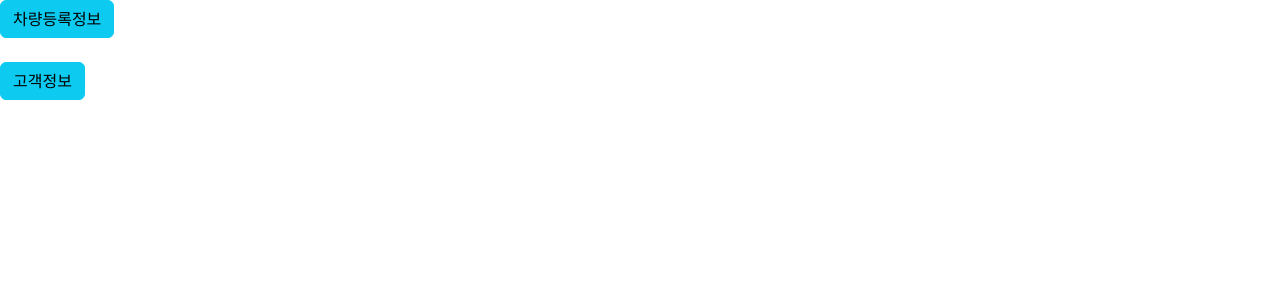
Repository: UZCHA/Sist0103Project
Page: http://localhost/SpringMysqlMybatis/
These files come from the project's save history. The page is drawn as it stood at one moment and after the next save; the edit follows.
The browser window is 1280 px wide. The pictures show the whole page.
Some web fonts or font styles are not loaded; a fallback is used. The page is served by Tomcat 9. Nobody is signed in. The application's start-up code is not run. Other server files are loaded and not shown.

Above is the page before, as saved 2024-05-08 06:37:08.

### sts3work/SpringMysqlMybatis/src/main/webapp/index.jsp
<%@ page language="java" contentType="text/html; charset=utf-8"
    pageEncoding="utf-8"%>
<%@ taglib prefix="c" uri="http://java.sun.com/jsp/jstl/core" %>
<%@ taglib prefix="fmt" uri="http://java.sun.com/jsp/jstl/fmt" %>
<!DOCTYPE html>
<html>
<head>
<meta charset="UTF-8">
<link href="https://cdn.jsdelivr.net/npm/bootstrap@5.3.2/dist/css/bootstrap.min.css" rel="stylesheet">
<link href="https://fonts.googleapis.com/css2?family=Dongle&family=Gaegu&family=Nanum+Pen+Script&family=Noto+Sans+KR:wght@100..900&family=Noto+Serif+KR&display=swap" rel="stylesheet">
<script src="https://code.jquery.com/jquery-3.7.0.js"></script>
<title>Insert title here</title>
</head>
<body>
<%--<c:redirect url="samsung/list"/> --%>
<button type="button" class="btn btn-info"
onclick="location.href='samsung/list'">차량등록정보</button>
<br><br>
<button type="button" class="btn btn-info"
onclick="location.href='carmember/list'">고객정보</button>
</body>
</html>

After the next save:
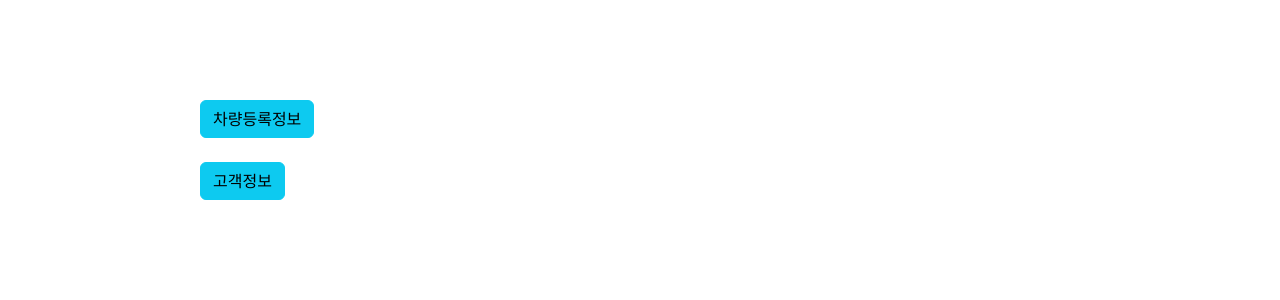
Saved 54 s later.
--- a/sts3work/SpringMysqlMybatis/src/main/webapp/index.jsp
+++ b/sts3work/SpringMysqlMybatis/src/main/webapp/index.jsp
@@ -13,10 +13,12 @@
 </head>
 <body>
 <%--<c:redirect url="samsung/list"/> --%>
-<button type="button" class="btn btn-info"
-onclick="location.href='samsung/list'">차량등록정보</button>
-<br><br>
-<button type="button" class="btn btn-info"
-onclick="location.href='carmember/list'">고객정보</button>
+<div style="margin: 100px 200px;">
+	<button type="button" class="btn btn-info"
+	onclick="location.href='samsung/list'">차량등록정보</button>
+	<br><br>
+	<button type="button" class="btn btn-info"
+	onclick="location.href='carmember/list'">고객정보</button>
+</div>
 </body>
 </html>
